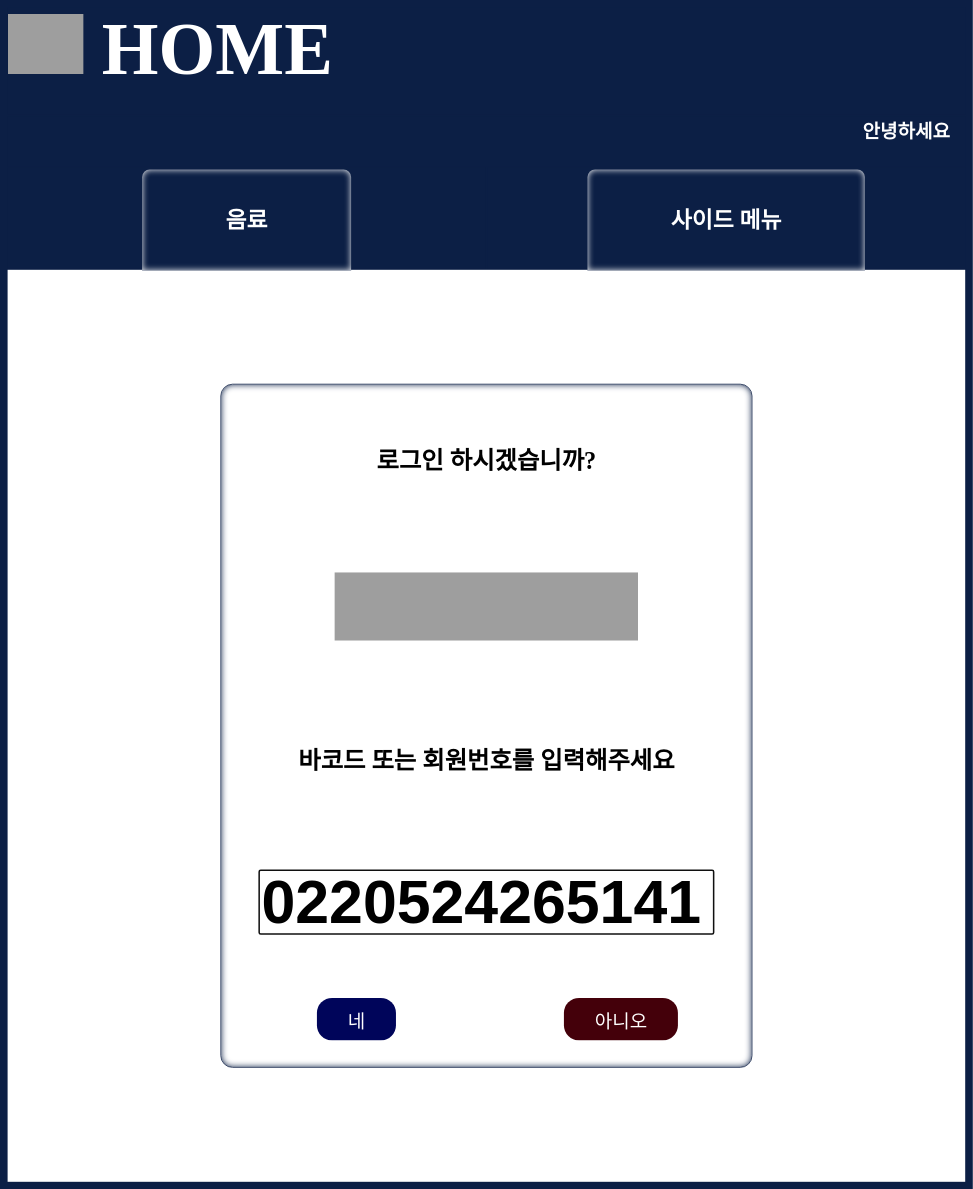
Repository: DevJoeYC/Metabukcs
Page: http://localhost/metabucks/KIOSK/login.jsp
The author's editor kept a copy of each file at every save. The page is drawn from the files as they stood at one save, then again after the next save.
The browser window is 1280 px wide. The pictures show the whole page, at 76% of full size.
Pictures or frames that could not be fetched are drawn as grey boxes. The page is served by Tomcat 9. Other server files are loaded and not shown.

Above is the page before, as saved 2022-05-27 06:19:23.

### metabucks/WebContent/KIOSK/login.jsp
<%@ page language="java" contentType="text/html; charset=UTF-8"
    pageEncoding="UTF-8"%>
<%@ include file="includes/head.jsp" %>
<script>
	window.onload = function()
	{
		$("#usernum").focus();
	}

	function DoLogin()
	{
		if($("#usernum").val() == "" || $("#usernum").val() == null)

		{
			alert("회원번호를 입력하세요.");
			$("#usernum").focus();
			return;
		}

		//로그인 처리
		$.ajax({
			type : "post",
			url: "loginok.jsp",
			dataType: "html",
			data:
			{
				usernum: $("#usernum").val()
		    },
			success : function(data)
			{
				data = data.trim();
				if(data == "OK")
				{
					document.location = "drinkmenu.jsp";
				}else
				{
					alert("회원번호가 일치하지 않습니다.");
				}
			}
		});
	}
</script>
<!-- ==================================================================================================================== -->
<tr>
	<td style="background-color:white;padding:150px 0px 150px 0px" colspan=3>
		<form name="login" method="post" action="loginok.jsp" onsubmit="javascript:return false;">
		<table id="login" border="0" height="900" width="700" style="margin : auto; text-align:center">
			<tr>
				<td colspan="2"><h1 style="">로그인 하시겠습니까?</h1></td>
			</tr>
			<tr>
				<td colspan="2"><img src="images/barcode.png" width="400" height="90"></td>
			</tr>
			<tr>
				<td colspan=2><h1>바코드 또는 회원번호를 입력해주세요</h1></td>
			</tr>

			<tr>
				<td colspan=2><input type="text"
									 id="usernum"
									 name="usernum"
									 style="width: 37rem; height: 5rem;font-size: 5rem;font-weight:bold"
									 value="0220524265141">
				</td>
			</tr>

			<tr>
				<td width="350px"><a id="yes" href="javascript:DoLogin();">네</a></td>
				<td><span><a id="no" href="drinkmenu.jsp">아니오</a></span></td>
			</tr>
		</table>
		</form>
	</td>
<!-- ==================================================================================================================== -->
<%@ include file="includes/tail.jsp" %>

### metabucks/WebContent/KIOSK/includes/head.jsp
<%@ page language="java" contentType="text/html; charset=UTF-8"
    pageEncoding="UTF-8"%>
<%@ page import="meta.dto.*" %>
<%@ page import="meta.vo.*" %>
<!DOCTYPE html>

<%
	//session.setMaxInactiveInterval(60*1); //1분후 세션만료(아무 움직임 없을시)
	String id = "";
	accountVO user  = (accountVO) session.getAttribute("accountVO");
	if(user != null)
	{
		id = user.id();
	}
%>
<html>
	<head>

		<title>메타벅스</title>
		<link rel="stylesheet" href="css/kiosk.css"/>
		<script src="js/jquery-3.6.0.js"></script>
	</head>
	<body>
		<table border=0  style="width:100%;">
			<tr>
				<td id="bar" colspan="2" style="text-align:left;padding:0px 0px 30px 0px; font-size:6rem;">
					<a style="color: white;text-decoration:none;" href="index.jsp">
					<img src="images/CoffeeLogo.png" height="80px" width="100px">
					HOME &nbsp;
					</a>
				</td>
			</tr>
			<tr>
				<td id="bar" colspan="2" style="text-align:right; width:100px; height:30px; font-size:25px; padding:0px 20px 30px 0px">
					<%
						if(id == null || id.equals(""))
						{
							%>
								안녕하세요
							<%
						}else
						{
							%>
							( <%= user.name() %> )님 환영합니다 &nbsp;&nbsp;&nbsp;<a id="mypagebtn" href="mypage.jsp">마이페이지</a></td>
							<%
						}
					%>
				</td>
			</tr>
			<tr>
				<td id="bar"  height="130px" width="100px" style="text-align:center"><a id="menu" style="color: white" href="drinkmenu.jsp">음료</a></td>
				<td id="bar" width="130px" style="text-align:center"><a id="menu" style="color: white" href="sidemenu.jsp">사이드 메뉴</a></td>
			</tr>

### metabucks/WebContent/KIOSK/includes/tail.jsp
<%@ page language="java" contentType="text/html; charset=UTF-8"
    pageEncoding="UTF-8"%>
</tr>
		</table>
	</body>
	</html>

### metabucks/WebContent/KIOSK/css/kiosk.css
@charset "UTF-8";

	#indexbar
	{
		font-size:30px
	}
	#abtn
	{
		text-decoration: none;
		background-color: #0C1F45;
		border:dotted;
		color: maroon;
		padding:80px 300px 80px 300px ;
		text-align: center;
		display: inline-block;
		border-radius: 20px 20px 20px 20px;
	}
	#abtn:hover, #abtn:active
	{
		background-color: #471214;
	}

	body
	{
		background-color:#0C1F45;
	}

	#login
	{
		background-color:white;
		border:1px solid #0C1F45;
		border-radius:16px;
		box-shadow:inset 0 0 8px #0C1F45;
	}
	#bar
	{
		background-color:#0C1F45;
		color:white;
		font-size:30px;
		font-weight:bold;
	}
	#menu
	{
		background-color: #0C1F45;
		text-decoration: none;
		padding: 50px 110px;
		border-radius: 10px 10px 0px 0px;
		box-shadow:inset 0 0 8px white;
		font-weight:bold;
	}
	#menu:hover
	{
		background-color: #471214;
	}
	#yes
	{
		text-decoration: none;
		background-color: #00055A;
		color: white;
		padding: 10px 40px;
		text-align: center;
		display: inline-block;
		border-radius: 20px 20px 20px 20px;
		font-size:25px;
	}
	#no
	{
		text-decoration: none;
		background-color: #44000A;
		color: white;
		padding: 10px 40px;
		text-align: center;
		display: inline-block;
		border-radius: 20px 20px 20px 20px;
		font-size:25px;
	}

	#optbtn
	{
		background-Color:#0C1F45;
		font:12px;
		font-weight:bold;
		color:white;
		border-radius: 10px 10px 10px 10px;
		font-size:20px;
	}
	#optbtn:hover
	{
		background-Color:#085820;
	}
	#optbtn:visited
	{
		background-Color:#085820;
	}
	#mypagebtn
	{
		text-decoration: none;
		background-color: white;
		color:black;
		padding: 10px 20px;
		display: inline-block;
		border-radius: 20px 20px 20px 20px;
		font-weight:bold;
		font-size:15px
	}

	#orderbtn
	{
		text-decoration: none;
		background-color: white;
		color: black;
		padding: 30px 190px;
		display: inline-block;
		border-radius: 10px 10px 10px 10px;;
		font-weight:bold;
		font-size:30px
	}
	#cancelbtn
	{
		text-decoration: none;
		background-color: #660010;
		color: white;
		padding: 60px 100px;
		display: inline-block;
		border-radius: 10px 10px 10px 10px;;
		font-weight:bold;
		font-size:30px;
	}

Loaded but not shown: metabucks/WebContent/KIOSK/js/jquery-3.6.0.js (library)

After the next save:
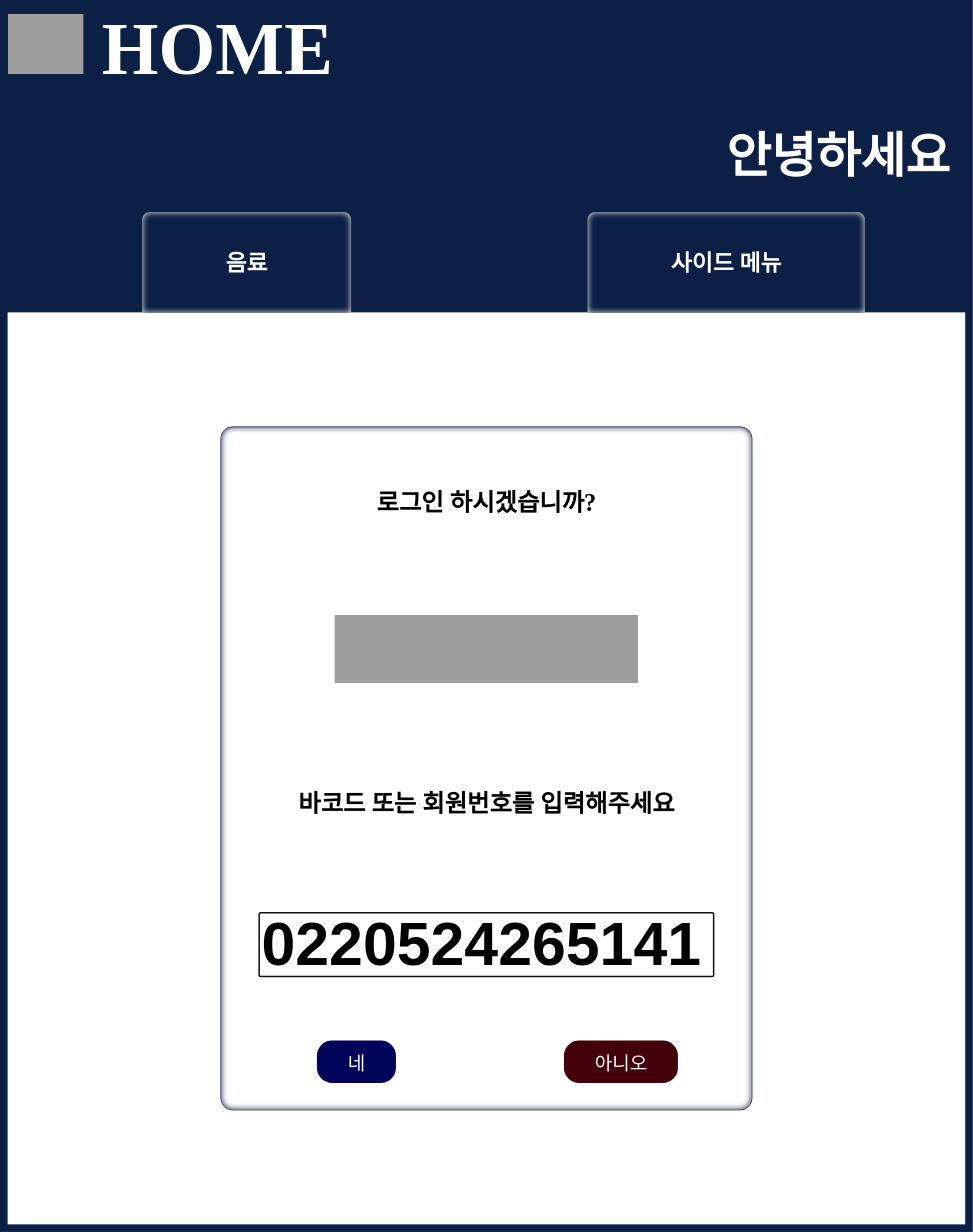
Saved 23 s later.
--- a/metabucks/WebContent/KIOSK/includes/head.jsp
+++ b/metabucks/WebContent/KIOSK/includes/head.jsp
@@ -31,7 +31,7 @@
 				</td>
 			</tr>
 			<tr>
-				<td id="bar" colspan="2" style="text-align:right; width:100px; height:30px; font-size:25px; padding:0px 20px 30px 0px">
+				<td id="bar" colspan="2" style="text-align:right; width:100px; height:30px; font-size: 4rem; padding:0px 20px 30px 0px">
 					<%
 						if(id == null || id.equals(""))
 						{
